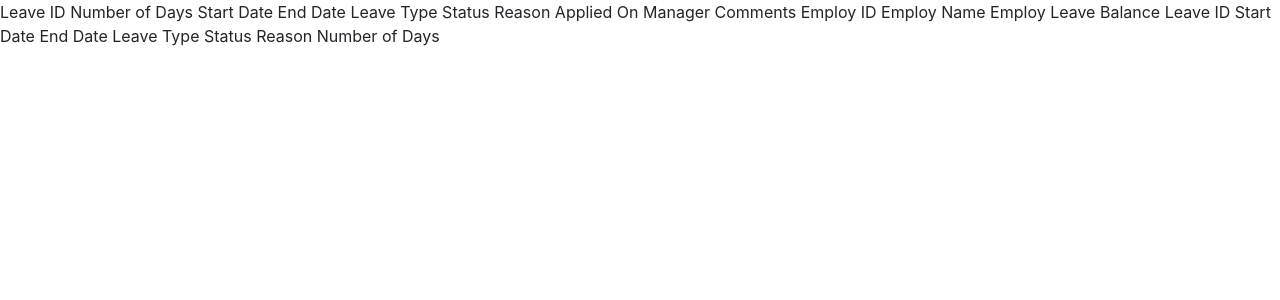
Repository: rkmr039/EMS_PROJECT
Page: http://localhost/EMS/EmpLeaves.jsp
An editor plug-in stored every save of this project. The page is shown before and after the next save, followed by the edit.
The browser window is 1280 px wide. The pictures show the whole page.
The page is served by Tomcat 9.

Above is the page before, as saved 2019-08-27 12:21:55.
Console error: TypeError: Cannot read properties of undefined (reading 'fn')

After the next save:
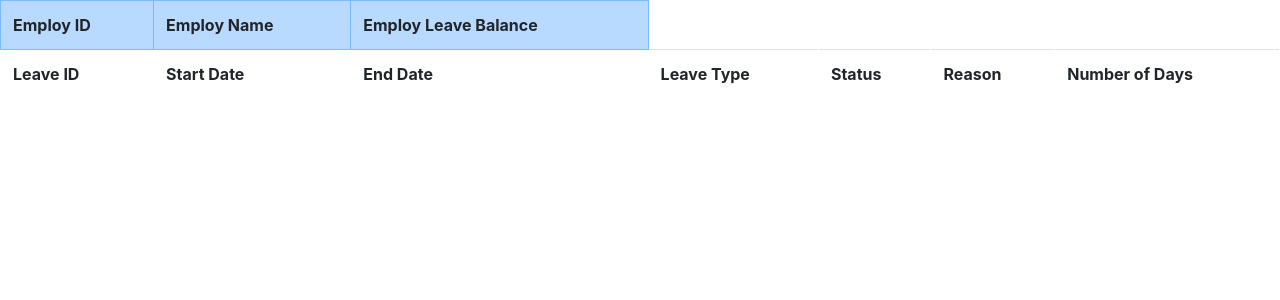
Saved 25 s later.
--- a/EMS/WebContent/EmpLeaves.jsp
+++ b/EMS/WebContent/EmpLeaves.jsp
@@ -10,18 +10,8 @@
 <title>Insert title here</title>
 </head>
 <body>
-<div class="table-wrapper-scroll-y my-custom-scrollbar">
-		<tr class="table-primary table-striped mb-0" border="1" bordercolor=white>
-			<th>Leave ID</th>
-			<th>Number of Days</th>
-			<th>Start Date</th>
-			<th>End Date</th>
-			<th>Leave Type</th>
-			<th>Status</th>
-			<th>Reason</th>
-			<th>Applied On</th>
-			<th>Manager Comments</th>
-		</tr>
+
+	<table class="table" border="1" bordercolor=white>
 		<tr class="table-primary">
 			<th>Employ ID</th>
 			<th>Employ Name</th>
@@ -37,7 +27,6 @@
 			<th>Number of Days</th>
 		</tr>
 	</table>
-	</div>
 
 	<script src="https://code.jquery.com/jquery-3.3.1.slim.min.js" integrity="sha384-q8i/X+965DzO0rT7abK41JStQIAqVgRVzpbzo5smXKp4YfRvH+8abtTE1Pi6jizo" crossorigin="anonymous"></script>
 <script src="https://cdnjs.cloudflare.com/ajax/libs/popper.js/1.14.7/umd/popper.min.js" integrity="sha384-UO2eT0CpHqdSJQ6hJty5KVphtPhzWj9WO1clHTMGa3JDZwrnQq4sF86dIHNDz0W1" crossorigin="anonymous"></script>
